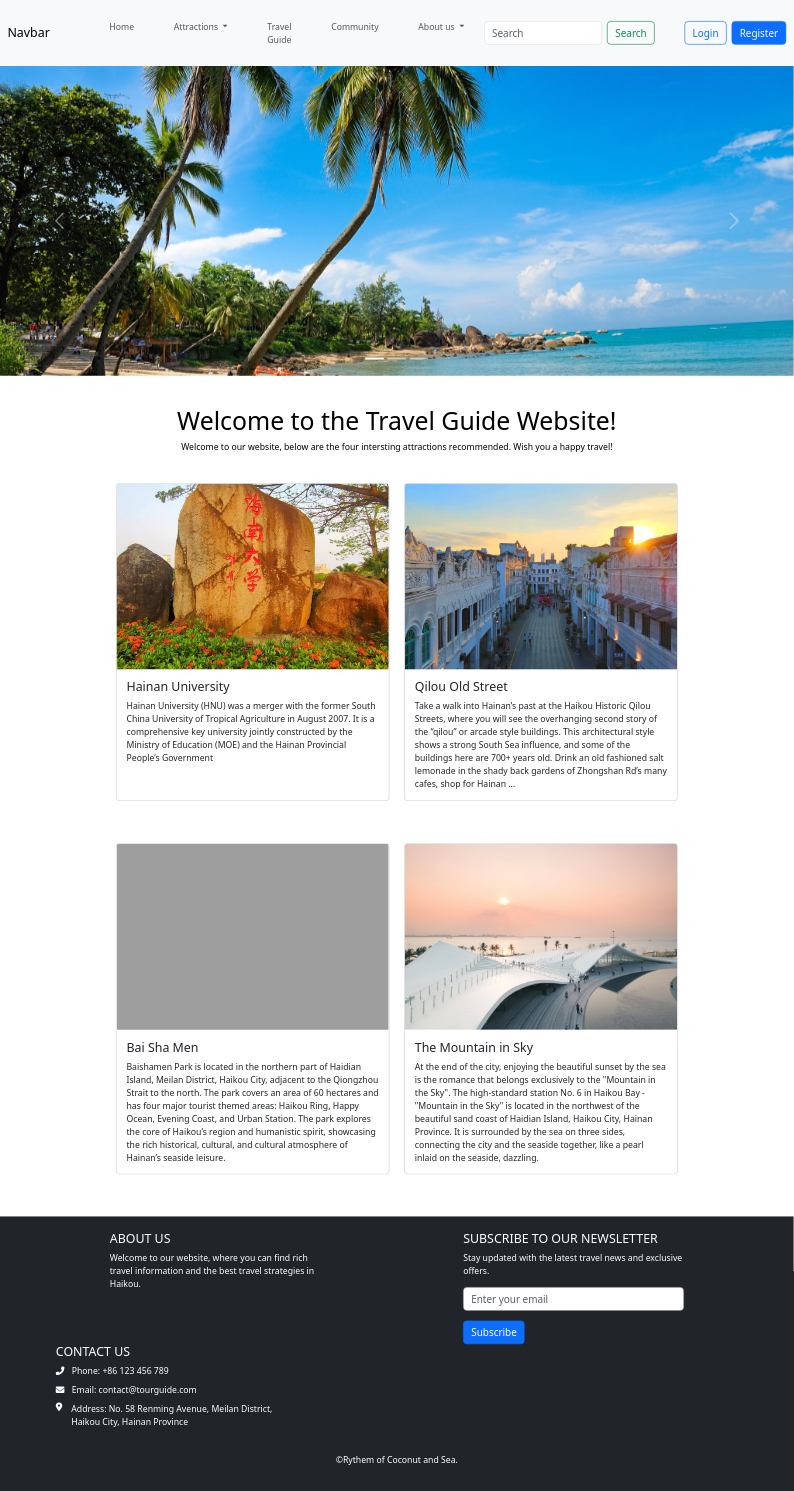
Repository: NIIT-RG6/web-project
Page: /
An editor plug-in stored every save of this project. The page is shown before and after the next save, followed by the edit.
The browser window is 1280 px wide. The pictures show the whole page, at 62% of full size.
Pictures or frames that could not be fetched are drawn as grey boxes. The project was rebuilt for these pictures with package versions that can differ from the ones it lists, and the page was loaded fresh each time. Also part of the build but not shown: vue.config.js, src/views/College.vue, src/views/Foods.vue, src/views/Park.vue, src/views/Sky.vue, src/views/Street.vue, src/views/StrategyHome.vue, src/views/StrategyBlog.vue and 6 more. Imported but missing from the stored project, and not drawn on this page: src/assets/js/vuetify.js.

Above is the page before, as saved 2024-10-25 03:42:20.

### src/main.js
import 'bootstrap/dist/css/bootstrap.min.css';
import 'bootstrap/dist/js/bootstrap.bundle.min.js';
import "element-plus/dist/index.css";
import '@fortawesome/fontawesome-free/css/all.css';

import * as ElementPlusIconsVue from "@element-plus/icons-vue";

import { createApp } from 'vue';
import App from './App.vue';
import router from './router';
//import vuetify from '../src/assets/js/vuetify'
import ElementPlus from "element-plus";



//import '../src/assets/js/vuetify'
import '@/assets/css/global.css'


createApp(App)
  .use(ElementPlus)
  .use(router)
  //.use(vuetify)
  .use((app) => {
    for (const [key, component] of Object.entries(ElementPlusIconsVue)) {
      app.component(key, component);
    }
  })
  .mount("#app");


// Vue.use(vuetify)
// Vue.config.productionTip = false
// new Vue({
//   vuetify,
//   router,
//   render: h => h(App)
// }).$mount('#app')

### src/App.vue
<template>
	<div id="app">
		<!-- 只有在当前路径不属于隐藏列表时才显示 NavBar -->
		<NavBar v-if="!shouldHideNavAndFooter" />

		<!-- 路由视图 -->
		<router-view />

		<!-- 只有在当前路径不属于隐藏列表时才显示 AppFooter -->
		<AppFooter v-if="!shouldHideNavAndFooter" />
	</div>
</template>

<script>
//import "./style.css";
import NavBar from './components/NavBar.vue';
import AppFooter from './components/AppFooter.vue';
import { computed } from 'vue';
import { useRoute } from 'vue-router';


export default {
	components: {
		NavBar,
		AppFooter
	},
	setup() {
		// 使用 useRoute 钩子获取当前路由
		const route = useRoute();

		// 定义需要隐藏 NavBar 和 AppFooter 的路径
		const hiddenRoutes = ['/login', '/register', '/forgot', '/about-us/contract', '/about-us/privacy'];

		// 判断当前路由路径是否在隐藏列表中
		const shouldHideNavAndFooter = computed(() => hiddenRoutes.includes(route.path));

		return {
			shouldHideNavAndFooter
		};
	}
};
</script>

<style scoped lang="less"></style>

### src/router/index.js
import { createRouter, createWebHistory } from 'vue-router';

// import vue from 'vue';
// import VueRouter from 'vue-router';

// Vue.use(VueRouter);
//Static import
import HomePage from '../views/HomePage.vue';
import College from '@/views/College.vue';
import Foods from '@/views/Foods.vue';
import Park from '@/views/Park.vue';
import Sky from '@/views/Sky.vue';
import Street from '@/views/Street.vue';
import StrategyHome from '../views/StrategyHome.vue';
import StrategyBlog from '../views/StrategyBlog.vue';
import InteractiveCommunity from '../views/InteractiveCommunity.vue';

// Dynamic import(lazy loading)
const LoginPage = () => import('@/views/LoginPage.vue');
const RegisterPage = () => import('@/views/RegisterPage.vue');
const ForgotPassword = () => import('@/views/ForgotPassword.vue');
const ContractPage = () => import('@/views/ContractPage.vue');
const PrivacyPolicy = () => import('@/views/PrivacyPolicy.vue');
const TeamPage = () => import('@/views/TeamPage.vue');

const routes = [
  //Static routes
  { path: '/', name: 'HomePage', component: HomePage },
  { path: '/attractions/college', name: 'College', component: College },
  { path: '/attractions/foods', name: 'Foods', component: Foods },
  { path: '/attractions/park', name: 'Park', component: Park },
  { path: '/attractions/sky', name: 'Sky', component: Sky },
  { path: '/attractions/street', name: 'Street', component: Street },
  { path: '/guide', name: 'Strategy', component: StrategyHome },
  { path: '/guide/blog', name: 'Strategy/Blog', component: StrategyBlog },
  { path: "/community", name: "community", component: InteractiveCommunity },

  // Dynamic routes(lazy loading)
  { path: '/login', name: 'LoginPage', component: LoginPage },
  { path: '/register', name: 'RegisterPage', component: RegisterPage },
  { path: '/forgot', name: 'ForgotPassword', component: ForgotPassword },
  { path: '/about-us/contract', name: 'ContractPage', component: ContractPage },
  { path: '/about-us/privacy', name: 'PrivacyPolicy', component: PrivacyPolicy },
  { path: '/about-us/team', name: 'TeamPage', component: TeamPage },

  // {
  //   path: '/login',
  //   name: 'login',
  //   component: () => import('@/views/LoginPage.vue')
  // },
  // {
  //   path: '/register',
  //   name: 'register',
  //   component: () => import('@/views/RegisterPage.vue')
  // },
  // {
  //   path: '/forgot',
  //   name: 'forgot',
  //   component: () => import('@/views/ForgotPassword.vue')
  // },
  // {
  //   path: '/Contract',
  //   name: 'Contract',
  //   component: () => import('@/views/ContractPage.vue')
  // },
  // {
  //   path: '/Privacy',
  //   name: 'Privacy',
  //   component: () => import('@/views/PrivacyPolicy.vue')
  // },
  // {
  //   path: '/Team',
  //   name: 'Team',
  //   component: () => import('@/views/TeamPage.vue')
  // }
];

const router = createRouter({
  history: createWebHistory(process.env.BASE_URL),
  routes
});

export default router;

### src/assets/css/global.css
/* * {
    box-sizing: border-box;
} */
 body {
    color: #000;
    font-size: 14px;
    margin: 0;
    padding: 0;
 }

### src/components/NavBar.vue
<template>
  <nav class="navbar navbar-expand-lg bg-body-tertiary py-4">
    <div class="container-fluid">
      <a class="navbar-brand" href="#">Navbar</a>
      <button class="navbar-toggler" type="button" data-bs-toggle="collapse" data-bs-target="#navbarSupportedContent"
        aria-controls="navbarSupportedContent" aria-expanded="false" aria-label="Toggle navigation">
        <span class="navbar-toggler-icon"></span>
      </button>
      <div class="collapse navbar-collapse" id="navbarSupportedContent">
        <ul class="navbar-nav me-auto mb-2 mb-lg-0 mx-5">
          <li class="nav-item mx-4">
            <router-link to="/" class="nav-link">Home</router-link>
          </li>

          <!-- Attractions Dropdown -->
          <li class="nav-item dropdown mx-4">
            <a class="nav-link dropdown-toggle" href="#" role="button" data-bs-toggle="dropdown" aria-expanded="false">
              Attractions
            </a>
            <ul class="dropdown-menu">
              <li><router-link to="/attractions/college" class="dropdown-item">Hainan University</router-link></li>
              <li><router-link to="/attractions/park" class="dropdown-item">Baishamen Park</router-link></li>
              <li><router-link to="/attractions/sky" class="dropdown-item">The Sky Mountain</router-link></li>
              <li><router-link to="/attractions/street" class="dropdown-item">Qilou Street</router-link></li>
              <li><router-link to="/attractions/foods" class="dropdown-item">Haikou Foods</router-link></li>
            </ul>
          </li>

          <li class="nav-item mx-4">
            <router-link to="/guide" class="nav-link">Travel Guide</router-link>
          </li>

          <li class="nav-item mx-4">
            <router-link to="/community" class="nav-link">Community</router-link>
          </li>

          <!-- About Us Dropdown -->
          <li class="nav-item dropdown mx-4">
            <a class="nav-link dropdown-toggle" href="#" role="button" data-bs-toggle="dropdown" aria-expanded="false">
              About us
            </a>
            <ul class="dropdown-menu">
              <li><router-link to="/about-us/team" class="dropdown-item">Team</router-link></li>
              <li><router-link to="/about-us/contract" class="dropdown-item">Contract</router-link></li>
              <li><router-link to="/about-us/privacy" class="dropdown-item">Privacy</router-link></li>
            </ul>
          </li>
        </ul>

        <!-- Search Form -->
        <form class="d-flex mx-auto" role="search">
          <input class="form-control me-2" type="search" placeholder="Search" aria-label="Search">
          <button class="btn btn-outline-success" type="submit">Search</button>
        </form>

        <!-- Login and Register Buttons -->
        <router-link to="/login" class="btn btn-outline-primary ms-5">Login</router-link>
        <router-link to="/register" class="btn btn-primary ms-2">Register</router-link>
      </div>
    </div>
  </nav>
</template>

<script>
export default {
  name: 'NavBar'
}
</script>

### src/components/AppFooter.vue
<template>
    <footer class="footer bg-dark text-white py-4">
        <div class="container">
            <div class="row">
                <!-- About us -->
                <div class="col-md-4 mx-auto">
                    <!-- <img :src="" alt=""> -->
                    <h5>ABOUT US</h5>
                    <p>Welcome to our website, where you can find rich travel information and the best travel strategies
                        in Haikou.</p>
                </div>

                <!-- Quick Links -->
                <div class="col-md-4 mx-auto">
                    <h5>SUBSCRIBE TO OUR NEWSLETTER</h5>
                    <p>Stay updated with the latest travel news and exclusive offers.</p>
                    <form>
                        <div class="mb-3">
                            <input type="email" class="form-control" placeholder="Enter your email" />
                        </div>
                        <button type="submit" class="btn btn-primary">Subscribe</button>
                    </form>
                </div>


                <!-- NEWSLETTER SIGNUP -->
                <div class="col-md-4 mx-2">
                    <h5>CONTACT US</h5>
                    <ul class="list-unstyled contact-info">
                        <li>
                            <i class="fas fa-phone-alt"></i> Phone: +86 123 456 789
                        </li>
                        <li>
                            <i class="fas fa-envelope"></i> Email: contact@tourguide.com
                        </li>
                        <li class="address-item">
                            <i class="fas fa-map-marker-alt"></i> Address: No. 58 Renming Avenue, Meilan District,
                            Haikou City, Hainan Province
                        </li>
                    </ul>
                </div>
            </div>
            <div class="row mt-4">
                <div class="col text-center">
                    <p>&copy;Rythem of Coconut and Sea. </p>
                </div>
            </div>
        </div>
    </footer>
</template>

<script>
export default {
    name: 'AppFooter'
}
</script>

<style scoped>
.footer {
    background-color: #343a40;
    color: #ffffff;
    padding: 20px 0;
}

.contact-info li {
    margin-bottom: 10px;
}

.contact-info i {
    margin-right: 8px;
}

.footer a {
    color: #ffffff;
    transition: color 0.3s;
}

.footer a:hover {
    color: #dddddd;
}

.address-item {
    position: relative;
    padding-left: 25px;
}

.address-item i {
    position: absolute;
    left: 0;
    top: 0;
}

.address-item span {
    display: inline-block;
    margin-left: 25px;
}
</style>

### src/views/HomePage.vue
<template>
    <div class="homepage">
        <!-- carousel slide -->

        <div id="carouselExampleIndicators" class="carousel slide">
            <div class="carousel-indicators">
                <button type="button" data-bs-target="#carouselExampleIndicators" data-bs-slide-to="0" class="active"
                    aria-current="true" aria-label="Slide 1"></button>
                <button type="button" data-bs-target="#carouselExampleIndicators" data-bs-slide-to="1"
                    aria-label="Slide 2"></button>
                <button type="button" data-bs-target="#carouselExampleIndicators" data-bs-slide-to="2"
                    aria-label="Slide 3"></button>
            </div>
            <div class="carousel-inner">
                <div class="carousel-item active">
                    <img :src="firstImage" class="d-block w-100 custom-carousel-img" alt="..." />
                </div>
                <div class="carousel-item">
                    <img :src="secondImage" class="d-block w-100 custom-carousel-img" alt="..." />
                </div>
                <div class="carousel-item">
                    <img :src="thirdImage" class="d-block w-100 custom-carousel-img" alt="..." />
                </div>
            </div>
            <button class="carousel-control-prev" type="button" data-bs-target="#carouselExampleIndicators"
                data-bs-slide="prev">
                <span class="carousel-control-prev-icon" aria-hidden="true"></span>
                <span class="visually-hidden">Previous</span>
            </button>
            <button class="carousel-control-next" type="button" data-bs-target="#carouselExampleIndicators"
                data-bs-slide="next">
                <span class="carousel-control-next-icon" aria-hidden="true"></span>
                <span class="visually-hidden">Next</span>
            </button>
        </div>

        <!-- main content -->
        <div class="container mt-5">
            <h1 class="text-center">Welcome to the Travel Guide Website!</h1>
            <p class="text-center">{{ message }}</p>
        </div>

        <!-- card -->
        <div class="container row mt-5 mx-auto justify-content-center">
            <div class="col-md-5 mb-5 card-group" v-for="(attraction, index) in Attractions" :key="index">
                <div class="card">
                    <img :src="attraction.image" class="card-img-top custom-card-img" :alt="attraction.name">
                    <div class="card-body">
                        <h5 class="card-title">{{ attraction.name }}</h5>
                        <p class="card-text">{{ attraction.description }}</p>
                    </div>
                </div>
            </div>
        </div>
    </div>
</template>

<script>
export default {
    name: "HomePage",
    data() {
        return {
            message: "Welcome to our website, below are the four intersting attractions recommended. Wish you a happy travel!",
            firstImage: require('@/assets/images/Carousel1.jpg'),
            secondImage: require('@/assets/images/QiLou.webp'),
            thirdImage: require('@/assets/images/SkyMountain.png'),
            Attractions: [
                {
                    name: 'Hainan University',
                    description: 'Hainan University (HNU) was a merger with the former South China University of Tropical Agriculture in August 2007. It is a comprehensive key university jointly constructed by the Ministry of Education (MOE) and the Hainan Provincial People’s Government',
                    image: require('@/assets/images/HNU.jpg')
                },
                {
                    name: 'Qilou Old Street',
                    description: 'Take a walk into Hainan’s past at the Haikou Historic Qilou Streets, where you will see the overhanging second story of the “qilou” or arcade style buildings. This architectural style shows a strong South Sea influence, and some of the buildings here are 700+ years old. Drink an old fashioned salt lemonade in the shady back gardens of Zhongshan Rd’s many cafes, shop for Hainan ...',
                    image: require('@/assets/images/QiLou.webp')
                },
                {
                    name: 'Bai Sha Men',
                    description: 'Baishamen Park is located in the northern part of Haidian Island, Meilan District, Haikou City, adjacent to the Qiongzhou Strait to the north. The park covers an area of 60 hectares and has four major tourist themed areas: Haikou Ring, Happy Ocean, Evening Coast, and Urban Station. The park explores the core of Haikou’s region and humanistic spirit, showcasing the rich historical, cultural, and cultural atmosphere of Hainan’s seaside leisure.',
                    image: require('@/assets/images/BaiShaMen.png')
                },
                {
                    name: 'The Mountain in Sky',
                    description: 'At the end of the city, enjoying the beautiful sunset by the sea is the romance that belongs exclusively to the "Mountain in the Sky". The high-standard station No. 6 in Haikou Bay - "Mountain in the Sky" is located in the northwest of the beautiful sand coast of Haidian Island, Haikou City, Hainan Province. It is surrounded by the sea on three sides, connecting the city and the seaside together, like a pearl inlaid on the seaside, dazzling.',
                    image: require('@/assets/images/SkyMountain.png')
                }
            ]
        };
    }
};
</script>

<style scoped>
.custom-carousel-img {
    height: 500px;
    object-fit: cover;
}

.card {
    margin-bottom: 20px;
}

.custom-card-img {
    height: 300px;
    object-fit: cover;
}
</style>

Loaded but not shown: public/index.html (common file)

After the next save:
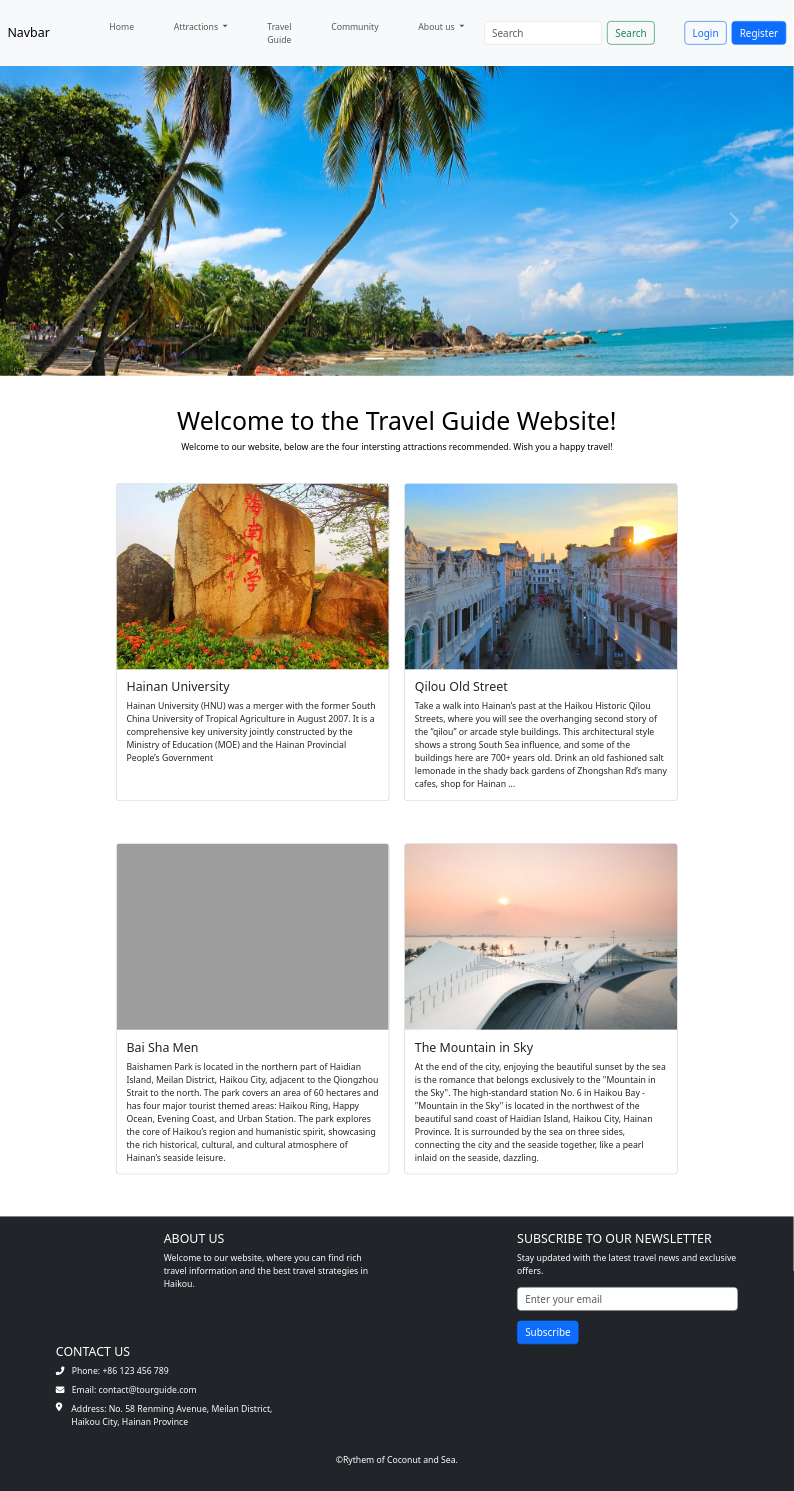
Saved 5 s later.
--- a/src/components/AppFooter.vue
+++ b/src/components/AppFooter.vue
@@ -11,7 +11,7 @@
                 </div>
 
                 <!-- Quick Links -->
-                <div class="col-md-4 mx-auto">
+                <div class="col-md-4 mx-2">
                     <h5>SUBSCRIBE TO OUR NEWSLETTER</h5>
                     <p>Stay updated with the latest travel news and exclusive offers.</p>
                     <form>
